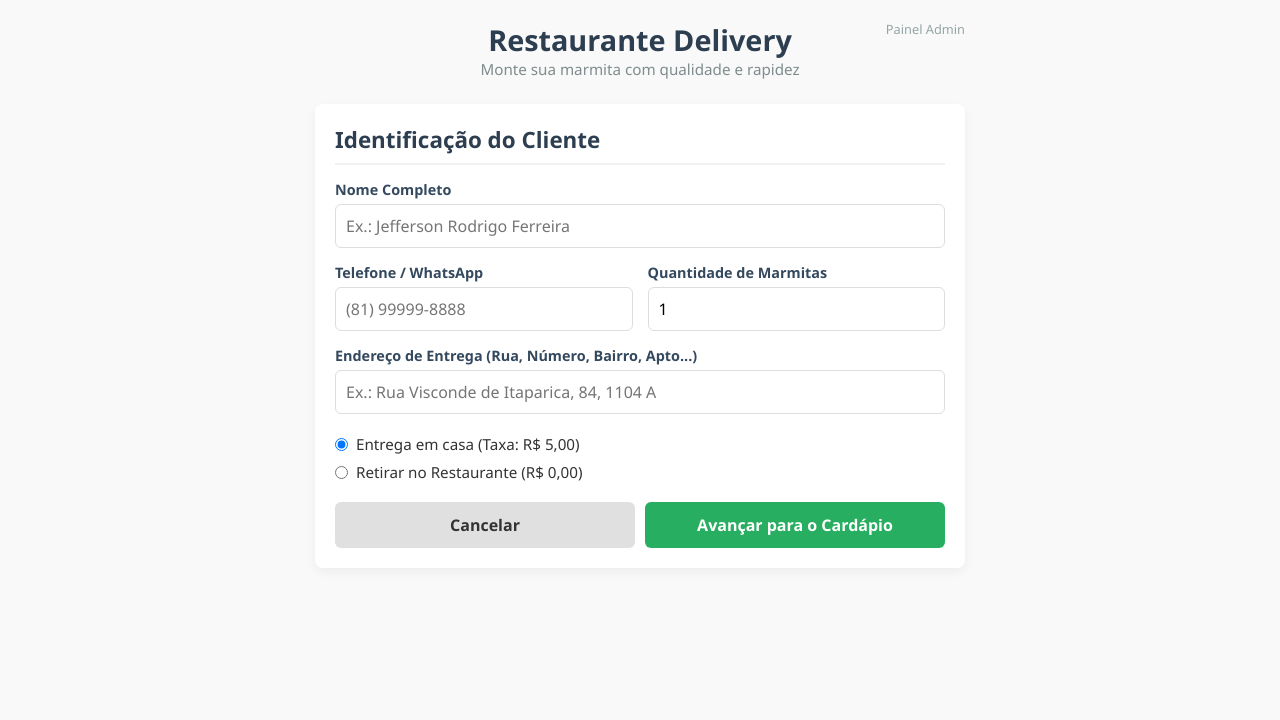
Repository: JeffRodFer/sd-copy-01-frontend
Page: public/index.html
These files come from the project's save history. The page is drawn as it stood at one moment and after a run of saves; the edit follows.
The browser window is 1280 px wide. The pictures show the whole page.
The page's requests for data from a server got no answer.

Above is the page before, as saved 2026-10-30 01:19:40.

### public/index.html
<!DOCTYPE html>
<html lang="pt-BR">
<head>
  <meta charset="UTF-8">
  <meta name="viewport" content="width=device-width, initial-scale=1.0">
  <title>Sistema de Delivery</title>
  <link rel="stylesheet" href="style.css">
</head>
<body>

  <div class="container">
    <header>
      <h1>Restaurante Delivery</h1>
      <p>Monte sua marmita com qualidade e rapidez</p>
      <button class="btn-admin-link" onclick="abrirPainelAdmin()">Painel Admin</button>
    </header>

    <!-- PASSO 1: DADOS INICIAIS -->
    <div id="orderStep1" class="step active">
      <div class="card">
        <h2>Identificação do Cliente</h2>
        <div id="orderError1" class="error-msg" style="display: none;"></div>

        <div class="form-grid">
          <div class="field full">
            <label>Nome Completo</label>
            <input id="customerName" autocomplete="name" placeholder="Ex.: Jefferson Rodrigo Ferreira">
          </div>

          <div class="field">
            <label>Telefone / WhatsApp</label>
            <input id="customerPhone" inputmode="tel" autocomplete="tel" maxlength="15" placeholder="(81) 99999-8888">
          </div>

          <div class="field">
            <label>Quantidade de Marmitas</label>
            <input id="mealCount" type="number" min="1" max="20" value="1">
          </div>

          <div class="field full">
            <label>Endereço de Entrega (Rua, Número, Bairro, Apto...)</label>
            <input id="customerAddress" autocomplete="street-address" placeholder="Ex.: Rua Visconde de Itaparica, 84, 1104 A">
          </div>
        </div>

        <div class="delivery" style="margin-top: 20px;">
          <label>
            <input type="radio" name="delivery" value="true" checked> Entrega em casa (Taxa: R$ 5,00)
          </label>
          <label>
            <input type="radio" name="delivery" value="false"> Retirar no Restaurante (R$ 0,00)
          </label>
        </div>

        <div class="actions">
          <button class="btn gray" onclick="location.reload()">Cancelar</button>
          <button class="btn green" onclick="avancarParaPasso2()">Avançar para o Cardápio</button>
        </div>
      </div>
    </div>

    <!-- PASSO 2: MONTAGEM DAS MARMITAS -->
    <div id="orderStep2" class="step">
      <div class="card">
        <h2>Monte suas Marmitas</h2>
        <div id="orderError2" class="error-msg" style="display: none;"></div>

        <div id="marmitasContainer"></div>

        <div class="actions">
          <button class="btn gray" onclick="setStep(1)">Voltar</button>
          <button class="btn green" onclick="goToStep3()">Avançar para Resumo</button>
        </div>
      </div>
    </div>

    <!-- PASSO 3: RESUMO E ENVIO -->
    <div id="orderStep3" class="step">
      <div class="card">
        <h2>Resumo do Pedido</h2>
        <div class="summary-box">
          <pre id="orderSummaryText" style="white-space: pre-wrap; font-family: inherit;"></pre>
        </div>

        <div class="actions" style="margin-top: 20px;">
          <button class="btn gray" onclick="setStep(2)">Voltar</button>
          <button class="btn green" onclick="sendToWhatsApp()">Enviar Pedido para o WhatsApp</button>
        </div>
      </div>
    </div>

    <!-- PAINEL ADMINISTRATIVO -->
    <div id="step-admin" class="step">
      <div class="card">
        <h2>Painel Administrativo</h2>
        <div id="adminMsg" class="success-msg" style="display: none; color: green; margin-bottom: 10px;"></div>

        <div style="overflow-x: auto;">
          <table class="admin-table">
            <thead>
              <tr>
                <th>ID</th>
                <th>Nome</th>
                <th>Categoria</th>
                <th>Preço (R$)</th>
                <th>Estoque</th>
                <th>Disponível</th>
              </tr>
            </thead>
            <tbody id="adminTableBody"></tbody>
          </table>
        </div>

        <div class="actions" style="margin-top: 20px;">
          <button class="btn gray" onclick="setStep(1)">Sair do Admin</button>
          <button class="btn green" onclick="salvarAlteracoesAdmin()">Salvar Alterações</button>
          <button class="btn" style="background: #d9534f; color: white;" onclick="fazerEstornoAdmin()">Estornar / Devolver Estoque</button>
        </div>
      </div>
    </div>

  </div>

  <script src="script.js"></script>
</body>
</html>

### public/style.css
:root {
  --primary: #27ae60;
  --primary-dark: #219653;
  --gray-bg: #f9f9f9;
  --border-color: #ddd;
  --text-color: #333;
}

* {
  box-sizing: border-box;
  margin: 0;
  padding: 0;
  font-family: 'Segoe UI', Tahoma, Geneva, Verdana, sans-serif;
}

body {
  background-color: var(--gray-bg);
  color: var(--text-color);
  padding: 20px;
  display: flex;
  justify-content: center;
}

.container {
  width: 100%;
  max-width: 650px;
}

header {
  text-align: center;
  margin-bottom: 25px;
  position: relative;
}

header h1 {
  font-size: 1.8rem;
  color: #2c3e50;
}

header p {
  color: #7f8c8d;
  font-size: 0.95rem;
}

.btn-admin-link {
  position: absolute;
  top: 0;
  right: 0;
  background: none;
  border: none;
  color: #95a5a6;
  font-size: 0.8rem;
  cursor: pointer;
}

.btn-admin-link:hover {
  color: var(--primary);
}

.step {
  display: none;
}

.step.active {
  display: block;
}

.card {
  background: #ffffff;
  border-radius: 8px;
  padding: 20px;
  box-shadow: 0 4px 12px rgba(0,0,0,0.05);
  margin-bottom: 20px;
}

.card h2 {
  font-size: 1.4rem;
  margin-bottom: 15px;
  color: #2c3e50;
  border-bottom: 2px solid #f1f1f1;
  padding-bottom: 8px;
}

.form-grid {
  display: grid;
  grid-template-columns: 1fr 1fr;
  gap: 15px;
}

.field {
  display: flex;
  flex-direction: column;
}

.field.full {
  grid-column: 1 / -1;
}

.field label {
  font-size: 0.9rem;
  font-weight: 600;
  margin-bottom: 5px;
  color: #34495e;
}

.field input, .field textarea, .field select {
  padding: 10px;
  border: 1px solid var(--border-color);
  border-radius: 6px;
  font-size: 1rem;
  outline: none;
  transition: border-color 0.2s;
}

.field input:focus, .field textarea:focus {
  border-color: var(--primary);
}

.delivery {
  margin: 20px 0;
  display: flex;
  flex-direction: column;
  gap: 8px;
}

.delivery label {
  font-size: 0.95rem;
  cursor: pointer;
  display: flex;
  align-items: center;
  gap: 8px;
}

.actions {
  display: flex;
  gap: 10px;
  margin-top: 20px;
}

.btn {
  flex: 1;
  padding: 12px;
  border: none;
  border-radius: 6px;
  font-size: 1rem;
  font-weight: bold;
  cursor: pointer;
  text-align: center;
  transition: background 0.2s;
}

.btn.green {
  background: var(--primary);
  color: white;
}

.btn.green:hover {
  background: var(--primary-dark);
}

.btn.gray {
  background: #e0e0e0;
  color: #333;
}

.btn.gray:hover {
  background: #d0d0d0;
}

.error-msg {
  background: #fde8e8;
  color: #c0392b;
  padding: 10px;
  border-radius: 6px;
  font-size: 0.9rem;
  margin-bottom: 15px;
}

.items-grid {
  display: grid;
  grid-template-columns: repeat(auto-fill, minmax(140px, 1fr));
  gap: 10px;
  margin-top: 8px;
}

.item-box {
  border: 1px solid var(--border-color);
  border-radius: 6px;
  padding: 10px;
  display: flex;
  justify-content: space-between;
  align-items: center;
  cursor: pointer;
  font-size: 0.9rem;
  background: #fafafa;
}

.item-box.esgotado {
  opacity: 0.5;
  background: #eee;
  cursor: not-allowed;
}

.summary-box {
  background: #fdfdfd;
  border: 1px solid #eee;
  border-radius: 6px;
  padding: 15px;
  font-size: 0.95rem;
}

.admin-table {
  width: 100%;
  border-collapse: collapse;
  font-size: 0.9rem;
}

.admin-table th, .admin-table td {
  border: 1px solid #ddd;
  padding: 8px;
  text-align: left;
}

.admin-table th {
  background-color: #f2f2f2;
}

.admin-table input[type="number"] {
  width: 70px;
  padding: 4px;
}

### public/script.js
let menuData = [];
let orderState = {
  nome: '',
  telefone: '',
  entrega: 'delivery',
  address: '',
  marmitas: []
};
let calculatedOrderResult = null;

// ⚠️ ALTERE AQUI para a URL do backend deste novo cliente na Vercel
const BACKEND_URL = 'https://sd-copy-01-backend.vercel.app';

async function loadMenu() {
  try {
    const response = await fetch(`${BACKEND_URL}/api/cardapio`);
    const data = await response.json();
    menuData = data;
    console.log("Cardápio carregado com sucesso:", menuData);
  } catch (err) {
    console.error("Erro ao carregar cardápio:", err);
    alert("Não foi possível carregar o cardápio do servidor.");
  }
}

loadMenu();

function setStep(step) {
  document.querySelectorAll('.step').forEach(el => el.classList.remove('active'));

  if (step === 'admin') {
    document.getElementById('step-admin').classList.add('active');
    renderAdminTable();
  } else {
    document.getElementById(`orderStep${step}`)?.classList.add('active') ||
    document.getElementById(`step${step}`)?.classList.add('active');
  }
  window.scrollTo(0, 0);
}

function avancarParaPasso2() {
  const nome = document.getElementById('customerName').value.trim();
  const telefone = document.getElementById('customerPhone').value.trim();
  const endereco = document.getElementById('customerAddress').value.trim();
  const qtdMarmitas = parseInt(document.getElementById('mealCount').value) || 1;

  const entregaRadio = document.querySelector('input[name="delivery"]:checked');
  const isDelivery = entregaRadio ? entregaRadio.value === 'true' : true;

  const errorDiv = document.getElementById('orderError1');

  if (!nome || !telefone || (isDelivery && !endereco)) {
    if (errorDiv) {
      errorDiv.textContent = 'Por favor, preencha todos os campos obrigatórios (Nome, Telefone e Endereço).';
      errorDiv.style.display = 'block';
    }
    return;
  }

  if (errorDiv) {
    errorDiv.style.display = 'none';
  }

  orderState.nome = nome;
  orderState.telefone = telefone;
  orderState.entrega = isDelivery ? 'delivery' : 'retirada';
  orderState.address = endereco;

  orderState.marmitas = Array.from({ length: qtdMarmitas }, () => ({
    guarnicoes: [],
    proteinas: [],
    observacao: ''
  }));

  renderMarmitas();
  setStep(2);
}

function available(categorias) {
  if (!menuData || !Array.isArray(menuData)) return [];
  return menuData.filter(i => categorias.includes(i.categoria));
}

function money(val) {
  return Number(val).toLocaleString('pt-BR', { style: 'currency', currency: 'BRL' });
}

function esc(str) {
  return String(str).replace(/</g, '&lt;').replace(/>/g, '&gt;');
}

function renderMarmitas() {
  const container = document.getElementById('marmitasContainer');
  if (!container) return;
  const basePrice = 20;

  container.innerHTML = orderState.marmitas.map((m, i) => `
    <div class="card" style="border: 1px dashed var(--primary); background: #fffdfa; margin-bottom: 20px; padding: 15px;">
      <h3>Marmita ${String(i + 1).padStart(2, '0')} — Base ${money(basePrice)}</h3>

      <div class="section-title" style="font-size: 1.1rem; margin-top: 15px;">Guarnições <span style="font-size:0.8rem; color:#666">(máx. 4)</span></div>
      <div class="items-grid">
        ${available(['Guarnições']).map(x => {
          const esgotado = !x.disponivel || x.estoque <= 0;
          return `
            <label class="item-box ${esgotado ? 'esgotado' : ''}">
              <span>${esc(x.nome)}</span>
              <input type="checkbox" data-kind="g" data-index="${i}" data-id="${x.id}" ${esgotado ? 'disabled' : ''} ${m.guarnicoes.includes(x.id) ? 'checked' : ''}>
            </label>
          `;
        }).join('')}
      </div>

      <div class="section-title" style="font-size: 1.1rem; margin-top: 15px;">Proteínas <span style="font-size:0.8rem; color:#666">(escolha 1 ou 2)</span></div>
      <div class="items-grid">
        ${available(['Proteínas']).map(x => {
          const esgotado = !x.disponivel || x.estoque <= 0;
          return `
            <label class="item-box protein ${esgotado ? 'esgotado' : ''}">
              <span>${esc(x.nome)}</span>
              <input type="checkbox" data-kind="p" data-index="${i}" data-id="${x.id}" ${esgotado ? 'disabled' : ''} ${m.proteinas.includes(x.id) ? 'checked' : ''}>
            </label>
          `;
        }).join('')}
      </div>

      <div class="field" style="margin-top: 15px;">
        <label>Observação <span style="font-size:0.8rem; color:#666">(máx. 90 caracteres)</span></label>
        <textarea maxlength="90" data-obs="${i}" placeholder="Ex.: Sem cebola." style="width:100%; padding:8px;">${m.observacao}</textarea>
      </div>
    </div>
  `).join('');
}

function syncFormToState() {
  orderState.marmitas.forEach(m => {
    m.guarnicoes = [];
    m.proteinas = [];
  });

  document.querySelectorAll('#marmitasContainer input[data-kind]:checked').forEach(el => {
    const i = Number(el.dataset.index);
    const key = el.dataset.kind === 'g' ? 'guarnicoes' : 'proteinas';
    orderState.marmitas[i][key].push(Number(el.dataset.id));
  });

  document.querySelectorAll('#marmitasContainer textarea[data-obs]').forEach(el => {
    const i = Number(el.dataset.obs);
    if (orderState.marmitas[i]) {
      orderState.marmitas[i].observacao = el.value;
    }
  });
}

async function goToStep3() {
  syncFormToState();
  const errEl = document.getElementById('orderError2');
  if (errEl) errEl.style.display = 'none';

  const invalid = orderState.marmitas.findIndex(m => m.proteinas.length < 1 || m.proteinas.length > 2 || m.guarnicoes.length > 4);
  if (invalid >= 0) {
    if (errEl) {
      errEl.textContent = `Marmita ${invalid + 1}: escolha 1 ou 2 proteínas e no máximo 4 guarnições.`;
      errEl.style.display = 'block';
    }
    return;
  }

  let itensCarrinhoMap = {};
  orderState.marmitas.forEach(m => {
    m.proteinas.forEach(id => { itensCarrinhoMap[id] = (itensCarrinhoMap[id] || 0) + 1; });
    m.guarnicoes.forEach(id => { itensCarrinhoMap[id] = (itensCarrinhoMap[id] || 0) + 1; });
  });

  const itensCarrinho = Object.entries(itensCarrinhoMap).map(([id, quantidade]) => ({
    id: Number(id),
    quantidade
  }));

  try {
    const responseVenda = await fetch(`${BACKEND_URL}/api/registrar-venda`, {
      method: 'POST',
      headers: { 'Content-Type': 'application/json' },
      body: JSON.stringify({ itensCarrinho })
    });

    const dataVenda = await responseVenda.json();
    if (!responseVenda.ok) {
      throw new Error(dataVenda.erro || 'Estoque insuficiente para concluir o pedido.');
    }

    let totalMarmitas = orderState.marmitas.length * 20;
    let taxaEntrega = orderState.entrega === 'delivery' ? 5 : 0;
    let totalGeral = totalMarmitas + taxaEntrega;

    const nomeItem = id => {
      const it = menuData.find(x => x.id === id);
      return it ? it.nome : `Item #${id}`;
    };

    let resumoMensagem = `*Novo Pedido - Novo Restaurante*\n\n`;
    resumoMensagem += `*Cliente:* ${orderState.nome}\n*Telefone:* ${orderState.telefone}\n`;
    if (orderState.entrega === 'delivery') {
      resumoMensagem += `*Endereço:* ${orderState.address}\n\n`;
    } else {
      resumoMensagem += `*Retirada no Local*\n\n`;
    }

    orderState.marmitas.forEach((m, index) => {
      resumoMensagem += `*Marmita ${String(index + 1).padStart(2, '0')}*\n`;
      resumoMensagem += `- Proteínas: ${m.proteinas.map(nomeItem).join(', ')}\n`;
      resumoMensagem += `- Guarnições: ${m.guarnicoes.map(nomeItem).join(', ')}\n`;
      if (m.observacao) resumoMensagem += `- Obs: ${m.observacao}\n`;
      resumoMensagem += `\n`;
    });

    resumoMensagem += `*Taxa de Entrega:* ${money(taxaEntrega)}\n`;
    resumoMensagem += `*Total a Pagar:* R$ ${totalGeral.toFixed(2)}`;

    calculatedOrderResult = { total: totalGeral, mensagem: resumoMensagem };
    document.getElementById('orderSummaryText').textContent = resumoMensagem;
    document.getElementById('finalTotalText').textContent = `Total: ${money(totalGeral)}`;

    setStep(3);
  } catch (err) {
    if (errEl) {
      errEl.textContent = err.message;
      errEl.style.display = 'block';
    }
  }
}

function sendToWhatsApp() {
  if (!calculatedOrderResult) return;
  // ⚠️ ALTERE AQUI o WhatsApp do novo estabelecimento (DDI + DDD + Número)
  const phone = '5581920036280';
  const text = encodeURIComponent(calculatedOrderResult.mensagem);
  window.open(`https://wa.me/${phone}?text=${text}`, '_blank');
}

function abrirPainelAdmin() {
  const senha = prompt("Digite a senha do Administrador:");
  if (!senha) return;

  fetch(`${BACKEND_URL}/admin/login`, {
    method: 'POST',
    headers: { 'Content-Type': 'application/json' },
    body: JSON.stringify({ senha })
  })
  .then(res => res.json())
  .then(data => {
    if (data.autorizado) {
      setStep('admin');
    } else {
      alert("Senha incorreta!");
    }
  })
  .catch(() => alert("Erro ao conectar com o servidor."));
}

async function renderAdminTable() {
  await loadMenu();
  const tbody = document.getElementById('adminTableBody');
  if (!tbody) return;

  tbody.innerHTML = menuData.map(item => `
    <tr>
      <td>${item.id}</td>
      <td>${esc(item.nome)}</td>
      <td>${esc(item.categoria)}</td>
      <td><input type="number" step="0.01" id="adm-preco-${item.id}" value="${item.preco}"></td>
      <td><input type="number" id="adm-estoque-${item.id}" value="${item.estoque}"></td>
      <td><input type="checkbox" id="adm-disp-${item.id}" ${item.disponivel ? 'checked' : ''}></td>
    </tr>
  `).join('');
}

async function salvarAlteracoesAdmin() {
  const produtosAtualizados = menuData.map(item => {
    const preco = parseFloat(document.getElementById(`adm-preco-${item.id}`).value) || 0;
    const estoque = parseInt(document.getElementById(`adm-estoque-${item.id}`).value) || 0;
    const disponivel = document.getElementById(`adm-disp-${item.id}`).checked;
    return { id: item.id, preco, estoque, disponivel };
  });

  try {
    const res = await fetch(`${BACKEND_URL}/admin/atualizar-lote`, {
      method: 'POST',
      headers: { 'Content-Type': 'application/json' },
      body: JSON.stringify({ produtos: produtosAtualizados })
    });
    const data = await res.json();
    if (res.ok) {
      const msg = document.getElementById('adminMsg');
      if (msg) {
        msg.textContent = data.mensagem;
        msg.style.display = 'block';
      }
      loadMenu();
    } else {
      alert(data.erro || "Erro ao salvar.");
    }
  } catch (err) {
    alert("Erro de conexão ao salvar alterações.");
  }
}

async function fazerEstornoAdmin() {
  const id = parseInt(prompt("Digite o ID do produto para estornar:"));
  const qtd = parseInt(prompt("Digite a quantidade a devolver:"));

  if (!id || !qtd || qtd <= 0) return;

  try {
    const res = await fetch(`${BACKEND_URL}/admin/estornar`, {
      method: 'POST',
      headers: { 'Content-Type': 'application/json' },
      body: JSON.stringify({ itensEstorno: [{ id, quantidade: qtd }] })
    });
    const data = await res.json();
    if (res.ok) {
      alert(data.mensagem);
      renderAdminTable();
    } else {
      alert(data.erro || "Erro no estorno.");
    }
  } catch (err) {
    alert("Erro de conexão.");
  }
}

After the next 2 saves:
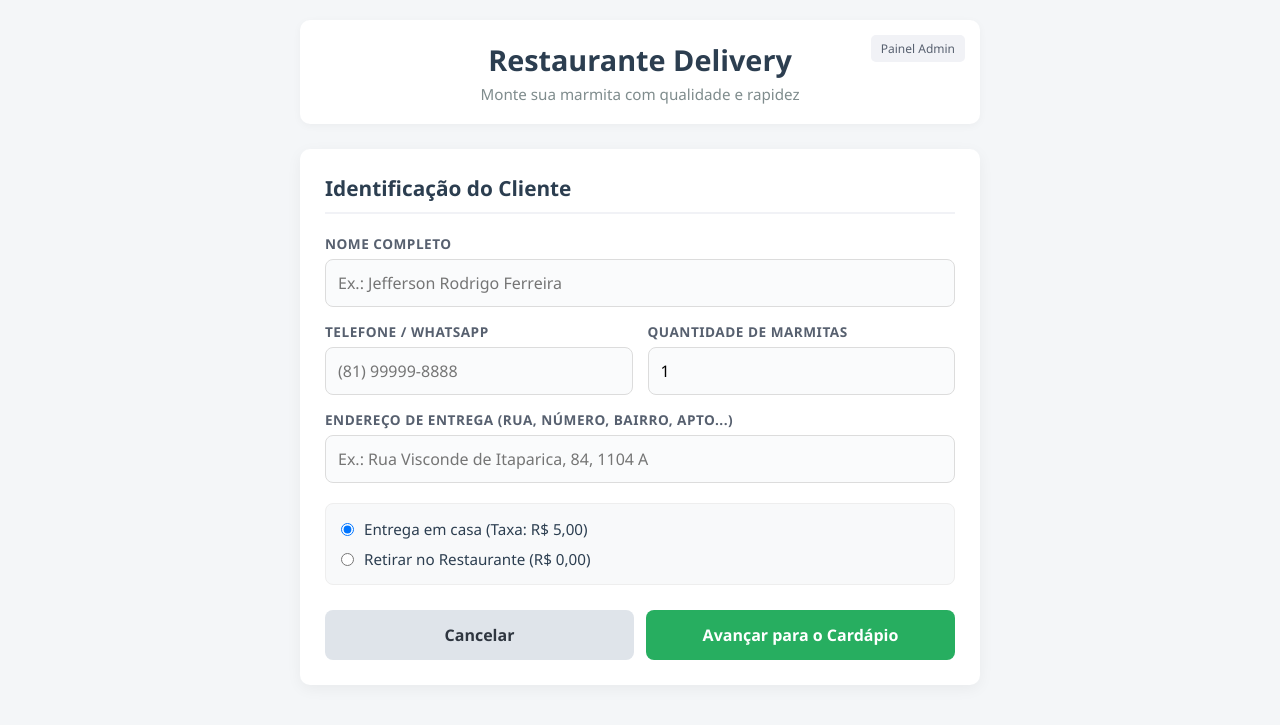
The 2 saves are shown as one change because they came seconds apart.
The last was saved 19 s later.
--- a/public/style.css
+++ b/public/style.css
@@ -1,9 +1,9 @@
 :root {
   --primary: #27ae60;
   --primary-dark: #219653;
-  --gray-bg: #f9f9f9;
-  --border-color: #ddd;
-  --text-color: #333;
+  --gray-bg: #f4f6f8;
+  --border-color: #dcdcdc;
+  --text-color: #2c3e50;
 }
 
 * {
@@ -23,13 +23,17 @@ body {
 
 .container {
   width: 100%;
-  max-width: 650px;
+  max-width: 680px;
 }
 
 header {
   text-align: center;
   margin-bottom: 25px;
   position: relative;
+  background: #ffffff;
+  padding: 20px;
+  border-radius: 10px;
+  box-shadow: 0 2px 8px rgba(0,0,0,0.04);
 }
 
 header h1 {
@@ -40,21 +44,24 @@ header h1 {
 header p {
   color: #7f8c8d;
   font-size: 0.95rem;
+  margin-top: 5px;
 }
 
 .btn-admin-link {
   position: absolute;
-  top: 0;
-  right: 0;
-  background: none;
+  top: 15px;
+  right: 15px;
+  background: #f1f2f6;
   border: none;
-  color: #95a5a6;
-  font-size: 0.8rem;
+  padding: 5px 10px;
+  border-radius: 5px;
+  color: #57606f;
+  font-size: 0.75rem;
   cursor: pointer;
 }
 
 .btn-admin-link:hover {
-  color: var(--primary);
+  background: #dfe4ea;
 }
 
 .step {
@@ -67,18 +74,18 @@ header p {
 
 .card {
   background: #ffffff;
-  border-radius: 8px;
-  padding: 20px;
-  box-shadow: 0 4px 12px rgba(0,0,0,0.05);
+  border-radius: 10px;
+  padding: 25px;
+  box-shadow: 0 4px 15px rgba(0,0,0,0.05);
   margin-bottom: 20px;
 }
 
 .card h2 {
-  font-size: 1.4rem;
-  margin-bottom: 15px;
+  font-size: 1.3rem;
+  margin-bottom: 20px;
   color: #2c3e50;
-  border-bottom: 2px solid #f1f1f1;
-  padding-bottom: 8px;
+  border-bottom: 2px solid #f1f2f6;
+  padding-bottom: 10px;
 }
 
 .form-grid {
@@ -97,30 +104,38 @@ header p {
 }
 
 .field label {
-  font-size: 0.9rem;
+  font-size: 0.85rem;
   font-weight: 600;
-  margin-bottom: 5px;
-  color: #34495e;
+  margin-bottom: 6px;
+  color: #57606f;
+  text-transform: uppercase;
+  letter-spacing: 0.5px;
 }
 
 .field input, .field textarea, .field select {
-  padding: 10px;
+  padding: 12px;
   border: 1px solid var(--border-color);
-  border-radius: 6px;
+  border-radius: 8px;
   font-size: 1rem;
   outline: none;
-  transition: border-color 0.2s;
+  transition: border-color 0.2s, box-shadow 0.2s;
+  background: #fafbfc;
 }
 
 .field input:focus, .field textarea:focus {
   border-color: var(--primary);
+  background: #fff;
+  box-shadow: 0 0 0 3px rgba(39, 174, 96, 0.1);
 }
 
 .delivery {
-  margin: 20px 0;
+  background: #f8f9fa;
+  padding: 15px;
+  border-radius: 8px;
+  border: 1px solid #eee;
   display: flex;
   flex-direction: column;
-  gap: 8px;
+  gap: 10px;
 }
 
 .delivery label {
@@ -128,25 +143,30 @@ header p {
   cursor: pointer;
   display: flex;
   align-items: center;
-  gap: 8px;
+  gap: 10px;
+  font-weight: 500;
 }
 
 .actions {
   display: flex;
-  gap: 10px;
-  margin-top: 20px;
+  gap: 12px;
+  margin-top: 25px;
 }
 
 .btn {
   flex: 1;
-  padding: 12px;
+  padding: 14px;
   border: none;
-  border-radius: 6px;
+  border-radius: 8px;
   font-size: 1rem;
   font-weight: bold;
   cursor: pointer;
   text-align: center;
-  transition: background 0.2s;
+  transition: background 0.2s, transform 0.1s;
+}
+
+.btn:active {
+  transform: scale(0.98);
 }
 
 .btn.green {
@@ -159,54 +179,69 @@ header p {
 }
 
 .btn.gray {
-  background: #e0e0e0;
-  color: #333;
+  background: #dfe4ea;
+  color: #2f3640;
 }
 
 .btn.gray:hover {
-  background: #d0d0d0;
+  background: #ced6e0;
 }
 
 .error-msg {
-  background: #fde8e8;
-  color: #c0392b;
-  padding: 10px;
-  border-radius: 6px;
+  background: #ffedea;
+  color: #d63031;
+  padding: 12px;
+  border-radius: 8px;
   font-size: 0.9rem;
-  margin-bottom: 15px;
+  margin-bottom: 20px;
+  border-left: 4px solid #d63031;
 }
 
 .items-grid {
   display: grid;
-  grid-template-columns: repeat(auto-fill, minmax(140px, 1fr));
+  grid-template-columns: repeat(auto-fill, minmax(180px, 1fr));
   gap: 10px;
-  margin-top: 8px;
+  margin-top: 10px;
 }
 
 .item-box {
   border: 1px solid var(--border-color);
-  border-radius: 6px;
-  padding: 10px;
+  border-radius: 8px;
+  padding: 12px;
   display: flex;
   justify-content: space-between;
   align-items: center;
   cursor: pointer;
   font-size: 0.9rem;
-  background: #fafafa;
+  background: #fafbfc;
+  transition: all 0.2s;
+}
+
+.item-box:hover {
+  border-color: var(--primary);
+  background: #f0fdf4;
+}
+
+.item-box input[type="checkbox"] {
+  accent-color: var(--primary);
+  width: 18px;
+  height: 18px;
+  cursor: pointer;
 }
 
 .item-box.esgotado {
-  opacity: 0.5;
-  background: #eee;
+  opacity: 0.4;
+  background: #f1f2f6;
   cursor: not-allowed;
 }
 
 .summary-box {
-  background: #fdfdfd;
-  border: 1px solid #eee;
-  border-radius: 6px;
-  padding: 15px;
+  background: #f8f9fa;
+  border: 1px solid #e1e4e8;
+  border-radius: 8px;
+  padding: 20px;
   font-size: 0.95rem;
+  line-height: 1.5;
 }
 
 .admin-table {
@@ -216,16 +251,19 @@ header p {
 }
 
 .admin-table th, .admin-table td {
-  border: 1px solid #ddd;
-  padding: 8px;
+  border: 1px solid #e1e4e8;
+  padding: 10px;
   text-align: left;
 }
 
 .admin-table th {
-  background-color: #f2f2f2;
+  background-color: #f1f2f6;
+  color: #2f3640;
 }
 
 .admin-table input[type="number"] {
   width: 70px;
-  padding: 4px;
-}
+  padding: 6px;
+  border: 1px solid #ccc;
+  border-radius: 4px;
+}
